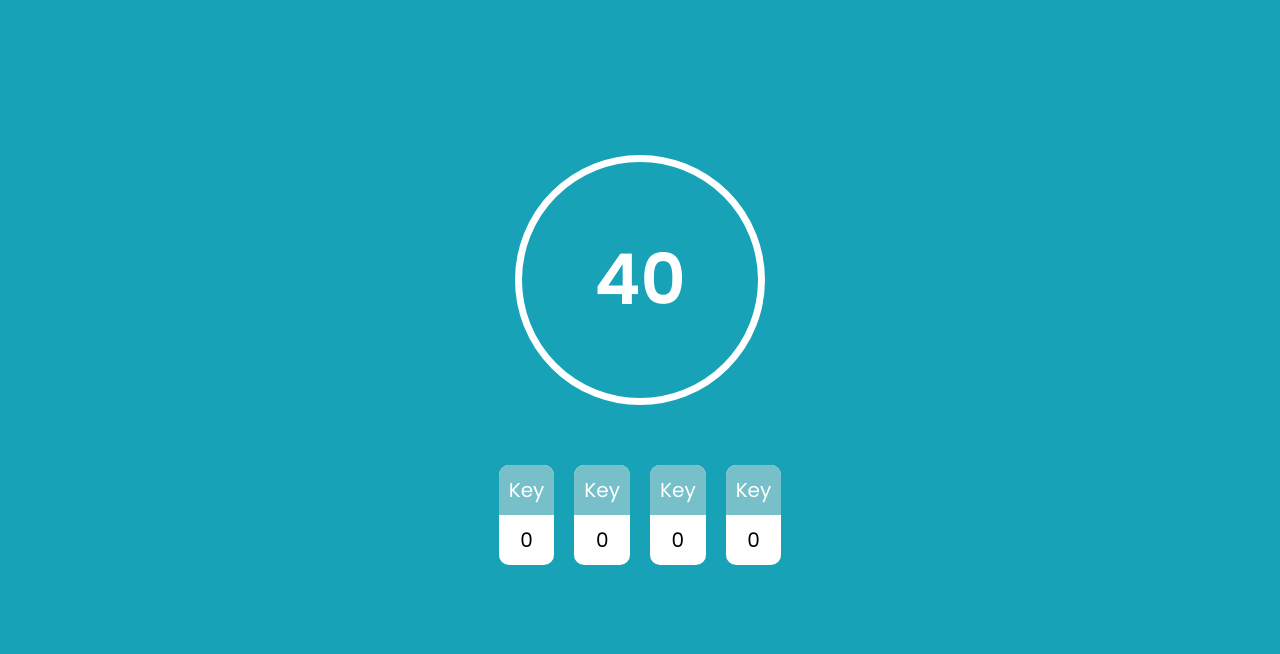
Repository: congnt98/Lean-javascript-in-project
Page: 30Days/6_Keydown/index.html
These files come from the project's save history. The page is drawn as it stood at one moment and after the next save; the edit follows.
The browser window is 1280 px wide. The pictures show the whole page.

Above is the page before, as saved 2024-02-22 10:27:30.

### 30Days/6_Keydown/index.html
<!DOCTYPE html>
<html lang="en">

<head>
    <meta charset="UTF-8">
    <meta name="viewport" content="width=device-width, initial-scale=1.0">
    <title>Product Card</title>
    <link rel="stylesheet" href="./style.css">
    <link href='https://unpkg.com/boxicons@2.1.4/css/boxicons.min.css' rel='stylesheet'>
    <link
        href="https://fonts.googleapis.com/css2?family=Poppins:ital,wght@0,100;0,200;0,300;0,400;0,500;0,600;0,700;0,800;0,900;1,100;1,200;1,300;1,400;1,500;1,600;1,700;1,800;1,900&display=swap"
        rel="stylesheet">
    <link rel="stylesheet" href="https://cdnjs.cloudflare.com/ajax/libs/font-awesome/6.5.1/css/all.min.css">
</head>

<body>
    <div class="warapper">
        <button class="alert hide">
            Press Any Key
        </button>
        <div class="box">
            <div class="resuft">
                40
            </div>
            <div class="detail">
                <div class="card">
                    <p class="key">Key</p>
                    <p>0</p>
                </div>
                <!-- box-card -->
                <div class="card">
                    <p class="key">Key</p>
                    <p>0</p>
                </div>
                <!-- box-card -->
                <div class="card">
                    <p class="key">Key</p>
                    <p>0</p>
                </div>
                <!-- box-card -->
                <div class="card">
                    <p class="key">Key</p>
                    <p>0</p>
                </div>
                <!-- box-card -->
            </div>

        </div>
    </div>
    <script src="./app.js"></script>
</body>

</html>

### 30Days/6_Keydown/style.css
:root {
    --pink-color: #f26a87;
}

* {
    margin: 0;
    padding: 0;
    box-sizing: border-box;
}

body {
    min-height: 100vh;
    background: #17a2b8;
    color: #fff;
    display: flex;
    justify-content: center;
    align-items: center;
    font-family: "poppins";
}

.hide {
    display: none;
}

.warapper {
    max-width: 1200px;
    margin: 0 auto;
    width: 100%;
    display: flex;
    justify-content: center;
    align-items: center;
    flex-direction: column;
}

.alert {
    font-size: 40px;
    border-radius: 12px;
    padding: 10px 20px;
    background-color: #fff;
    color: #17a2b8;
    outline: none;
    border: none;
}

.box {}

.box .resuft {
    width: 250px;
    height: 250px;
    border: 7px solid #fff;
    border-radius: 50%;
    display: flex;
    justify-content: center;
    align-items: center;
    font-size: 70px;
    font-weight: 600;
    margin-bottom: 60px;
    margin-left: auto;
    margin-right: auto;
}

.box .detail {
    display: flex;
    flex-wrap: wrap;
    --gap: 20px;
    --colums: 4;
    margin-right: calc(-1 * var(--gap));
}

.box .card {
    width: 300px;
    background-color: #Fff;
    border-radius: 10px;
    overflow: hidden;
    margin-right: var(--gap);
    width: calc(100% / var(--colum));
}

.box .card p {
    padding: 10px;
    text-align: center;
    color: #000;
    font-size: 20px;

}

.box .card p:first-child {
    background-color: #78c0c9;
    color: #fff;
}

Loaded but not shown: 30Days/6_Keydown/app.js (no copy from this time; the picture is the same without it)

After the next save:
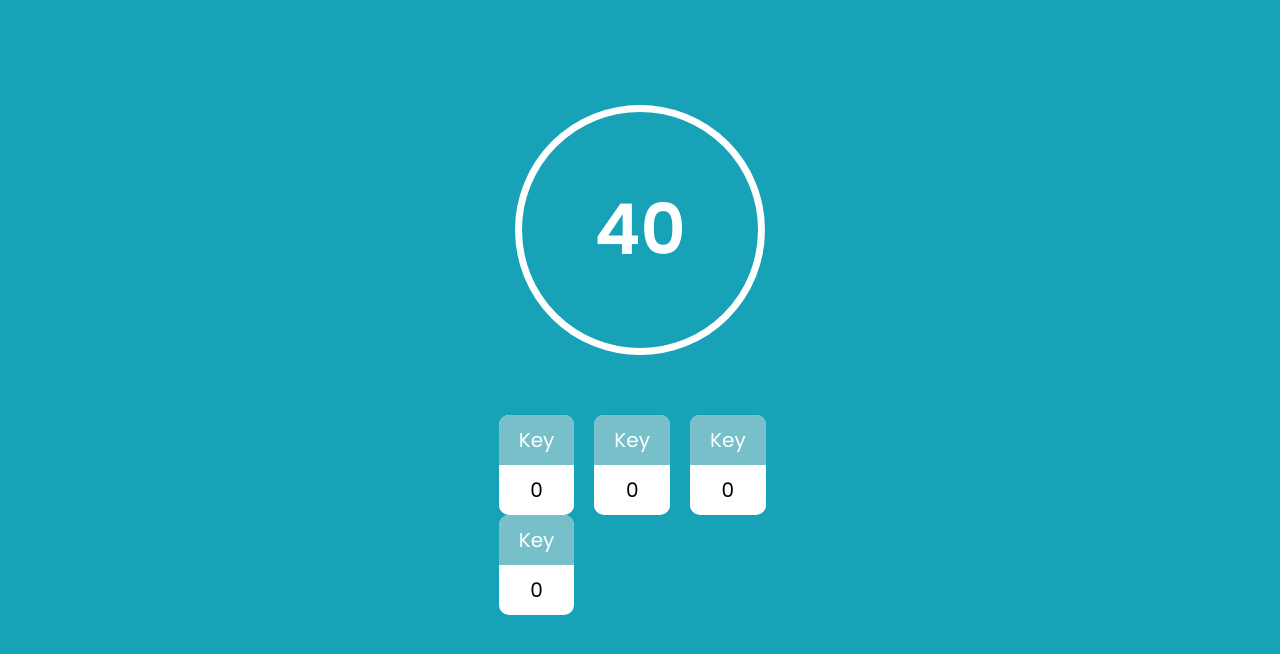
Saved 4 s later.
--- a/30Days/6_Keydown/style.css
+++ b/30Days/6_Keydown/style.css
@@ -73,7 +73,7 @@ body {
     border-radius: 10px;
     overflow: hidden;
     margin-right: var(--gap);
-    width: calc(100% / var(--colum));
+    width: calc(100% / var(--colums));
 }
 
 .box .card p {
